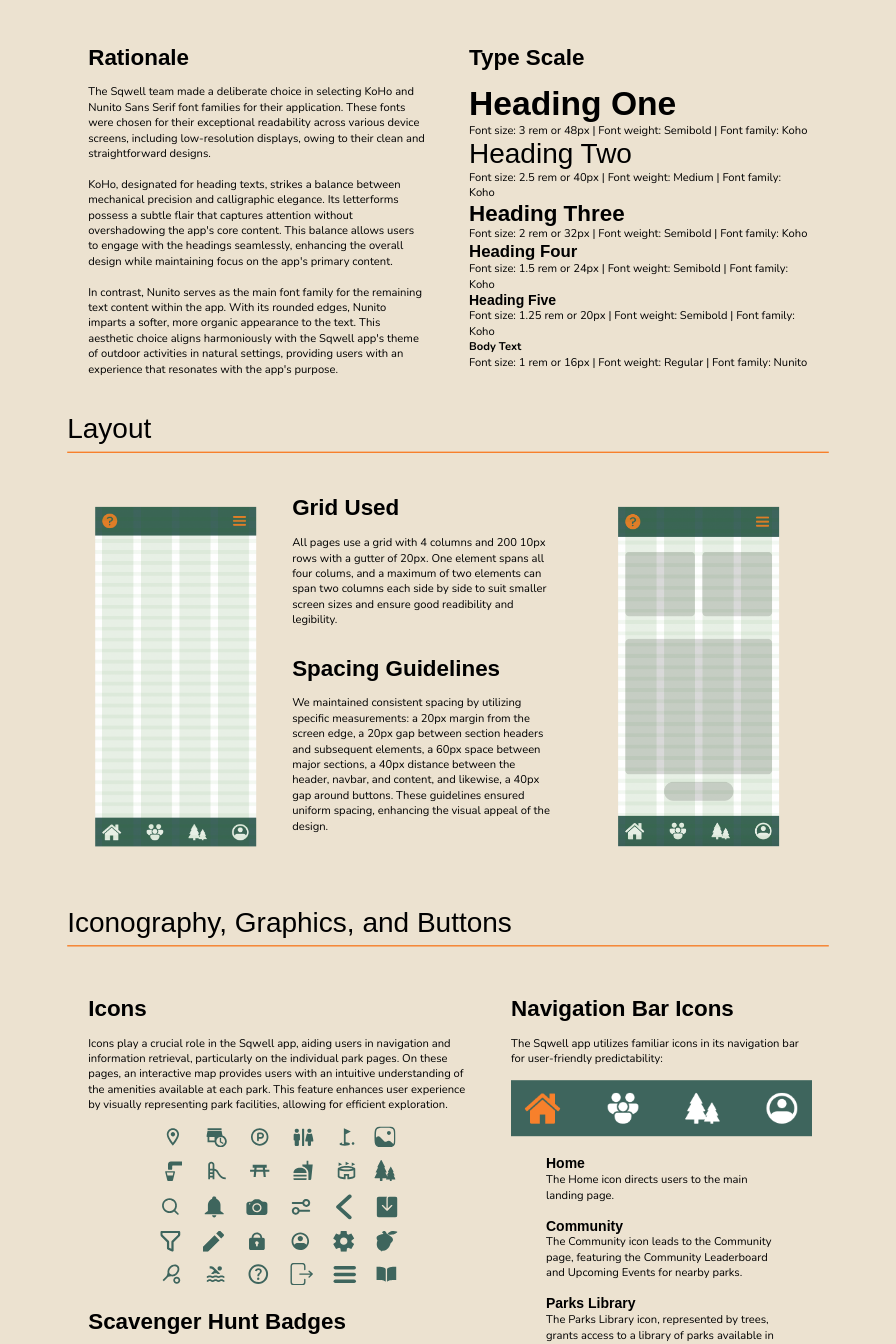
Repository: lpcmendoza/sqwell_styleguide
Page: /
The author's editor kept a copy of each file at every save. The page is drawn from the files as they stood at one save, then again after the next save.
The browser window is 1280 px wide. The pictures show the part of the page from y = 3963 to 5883 px (the page is 6669 px tall), at 70% of full size.
Some web fonts or font styles are not loaded; a fallback is used. The project was rebuilt for these pictures with package versions that can differ from the ones it lists, and the page was loaded fresh each time. The framework's server and built-in components were replaced by stand-ins that run in the browser. Also part of the build but not shown: next.config.mjs.

Above is the page before, as saved 2024-04-08 22:46:27.

After the next save:
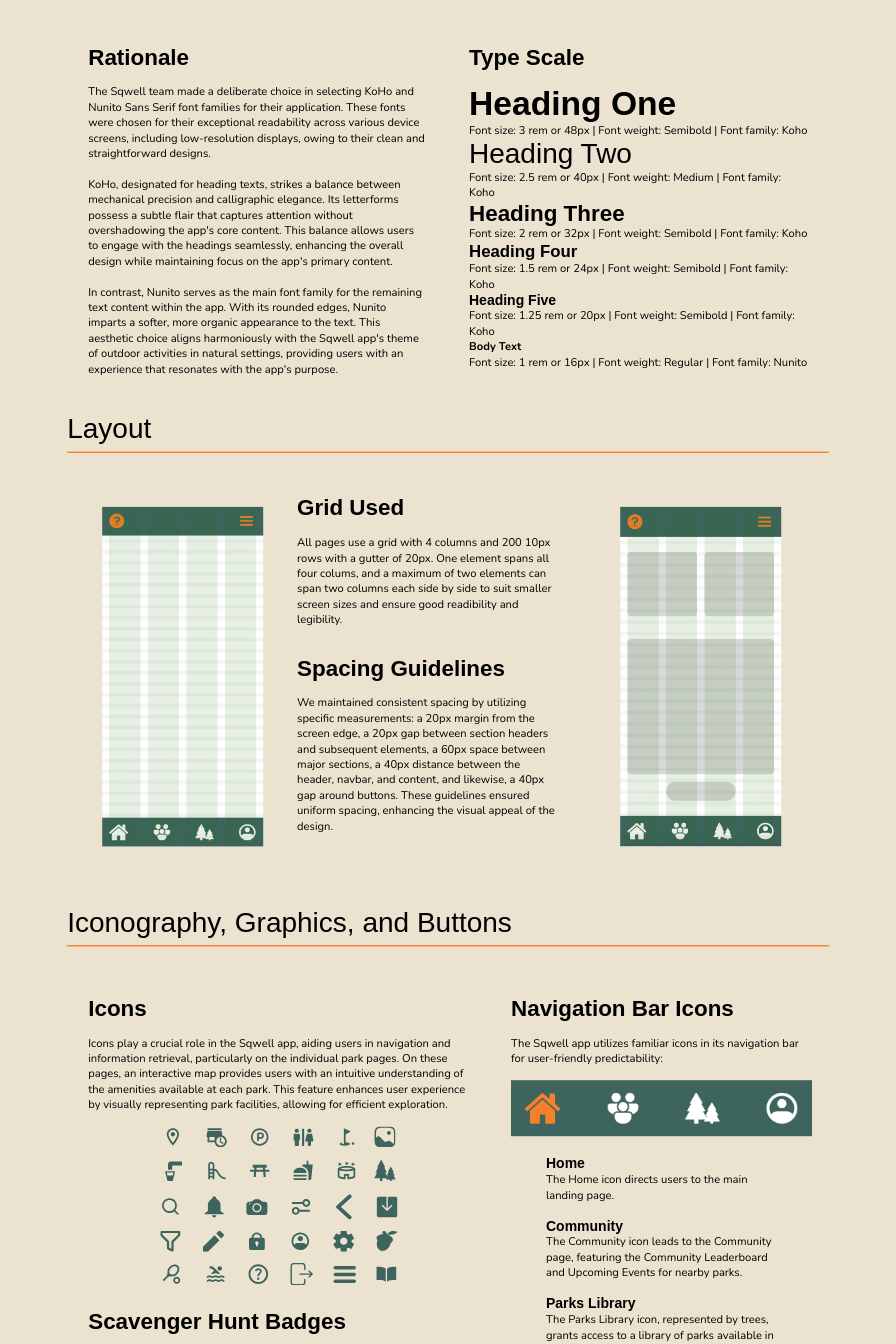
Saved 4 s later.
--- a/components/Layout/Layout.module.css
+++ b/components/Layout/Layout.module.css
@@ -10,7 +10,7 @@
     padding: 20px;
     align-content: center;
     align-items: center;
-    margin-left: 20px;;
+    margin-left: 30px;;
 }
 
 .layoutContainer h3 {
